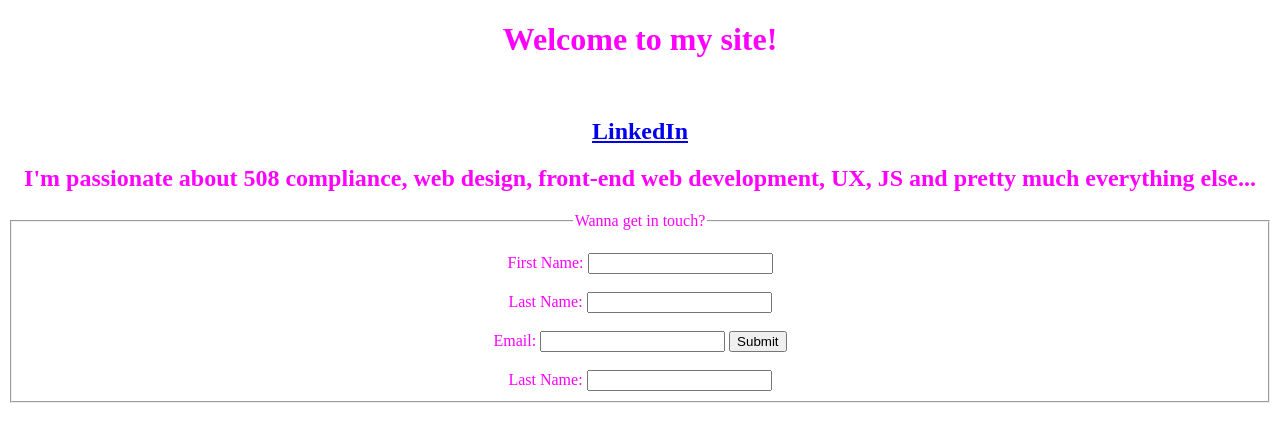
Repository: jasvr/jasvr.io
Page: index.html
These files come from the project's save history. The page is drawn as it stood at one moment and after a run of saves; the edit follows.
The browser window is 1280 px wide. The pictures show the whole page.

Above is the page before, as saved 2020-01-10 14:40:20.

### index.html
<!DOCTYPE html>
<html lang="en">
<head>
    <meta charset="UTF-8">
    <meta name="viewport" content="width=device-width, initial-scale=1.0">
    <meta http-equiv="X-UA-Compatible" content="ie=edge">
    <title>Jasmin Vargas</title>
    <link href="style.css" type="text/css" rel="stylesheet">
</head>
<body>
    <h1>Welcome to my site!</h1>
    <br>
    <h2><a href="https://www.linkedin.com/in/jasvrgs/">LinkedIn</a></h2>
    <h2>I'm passionate about 508 compliance, web design, front-end web development, UX, JS and pretty much everything else...</h2>

    <fieldset>
        <legend>Wanna get in touch?</legend>
        <div>
            <br>
            <label for ="firstname">First Name: </label>
            <input type="text" name="firstname"/>
        </div>
        <div>
            <br>
            <label for ="lastname">Last Name: </label>
            <input type="text" name="lastname"/>
        </div>
        <div>
            <br>
            <label for ="email">Email: </label>
            <input type="text" name="email"/>
            <input type="submit" value="Submit">
        </div>
        <div>
            <br>
            <label for ="lastname">Last Name: </label>
            <input type="text" name="lastname"/>
        </div>
    </fieldset>
</body>
</html>

### style.css
body{
    color:magenta;
    text-align:center;
    }

    *:focus{
        outline: 0;
        box-shadow: 0 0 10px #eb0486;
        border-color: #eb0486;
    }

    a:focus{
        color: #eb0486;
        font-weight: bold;
    }

    .button:focus{
        background-color: #eb0486;

    }

After the next 2 saves:
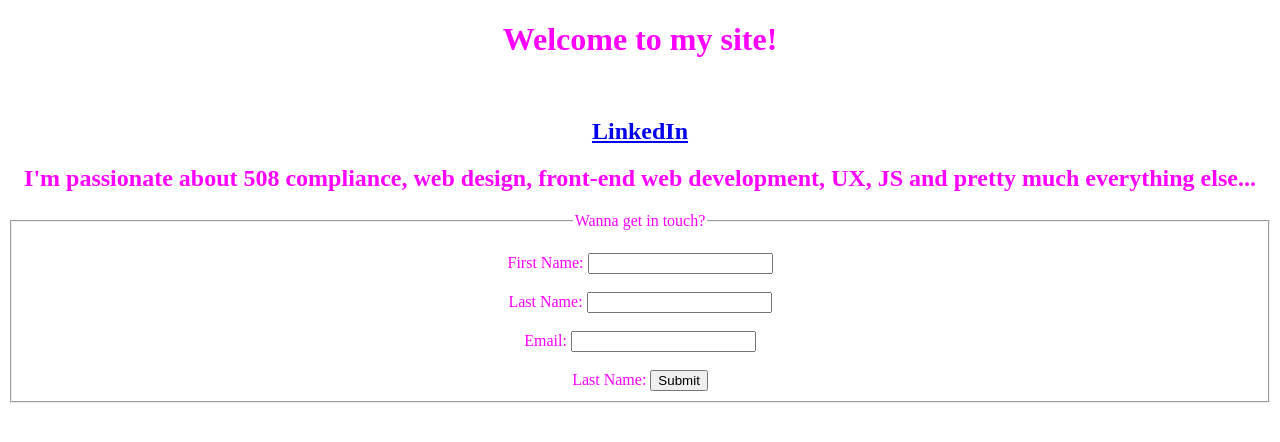
The 2 saves are shown as one change because they came seconds apart.
The last was saved 9 s later.
--- a/index.html
+++ b/index.html
@@ -29,12 +29,12 @@
             <br>
             <label for ="email">Email: </label>
             <input type="text" name="email"/>
-            <input type="submit" value="Submit">
+
         </div>
         <div>
             <br>
             <label for ="lastname">Last Name: </label>
-            <input type="text" name="lastname"/>
+            <input type="submit" value="Submit">
         </div>
     </fieldset>
 </body>
